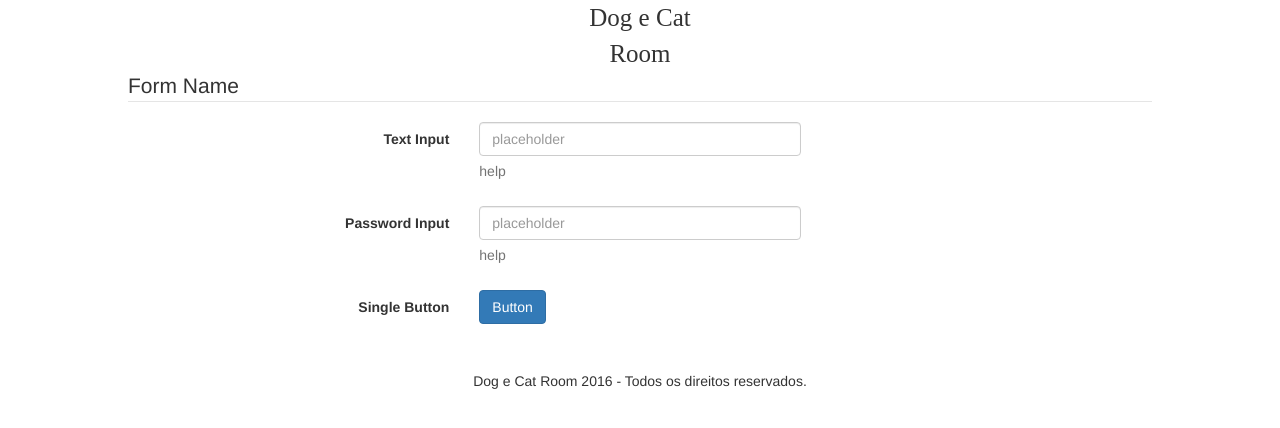
Repository: Natanzx/DogECatRoom
Page: http://localhost/DogECatRoom/login.jsp
The author's editor kept a copy of each file at every save. The page is drawn from the files as they stood at one save, then again after the next save.
The browser window is 1280 px wide. The pictures show the whole page.
The page is served by Tomcat 9. Other server files are loaded and not shown.

Above is the page before, as saved 2016-05-15 19:27:16.

### DogECatRoom/WebContent/login.jsp
<%@ page language="java" contentType="text/html; charset=ISO-8859-1"
	pageEncoding="ISO-8859-1"%>
<!DOCTYPE html PUBLIC "-//W3C//DTD HTML 4.01 Transitional//EN" "http://www.w3.org/TR/html4/loose.dtd">
<html>
<head>
<meta http-equiv="Content-Type" content="text/html; charset=ISO-8859-1">
<title>Efetuar Login</title>

<link rel="stylesheet" type="text/css"
	href="/DogECatRoom/bibliotecas/css/estilos.css">
<link rel="stylesheet" type="text/css"
	href="/DogECatRoom/bibliotecas/css/bootstrap.css">
</head>
<body>
	<div class="divMargin">
		<div
			style="text-align: center; font-size: 25px; font-family: Century Gothic";>
			Dog e Cat <br> Room
		</div>

		<div class="content">
			<form class="form-horizontal">
				<fieldset>

					<!-- Form Name -->
					<legend>Form Name</legend>

					<!-- Text input-->
					<div class="form-group">
						<label class="col-md-4 control-label" for="textinput">Text
							Input</label>
						<div class="col-md-4">
							<input id="textinput" name="textinput" type="text"
								placeholder="placeholder" class="form-control input-md">
							<span class="help-block">help</span>
						</div>
					</div>

					<!-- Password input-->
					<div class="form-group">
						<label class="col-md-4 control-label" for="passwordinput">Password
							Input</label>
						<div class="col-md-4">
							<input id="passwordinput" name="passwordinput" type="password"
								placeholder="placeholder" class="form-control input-md">
							<span class="help-block">help</span>
						</div>
					</div>

					<!-- Button -->
					<div class="form-group">
						<label class="col-md-4 control-label" for="singlebutton">Single
							Button</label>
						<div class="col-md-4">
							<button id="singlebutton" name="singlebutton"
								class="btn btn-primary">Button</button>
						</div>
					</div>

				</fieldset>
			</form>


		</div>

		<div style="text-align: center;">Dog e Cat Room 2016 - Todos os
			direitos reservados.</div>
	</div>
</body>
</html>

### DogECatRoom/WebContent/bibliotecas/css/estilos.css
@CHARSET "ISO-8859-1";

.divMargin{
	width				: 80%;
	margin				: auto;

}

.content{
	min-height			: 300px;
}

Loaded but not shown: DogECatRoom/WebContent/bibliotecas/css/bootstrap.css (library)

After the next save:
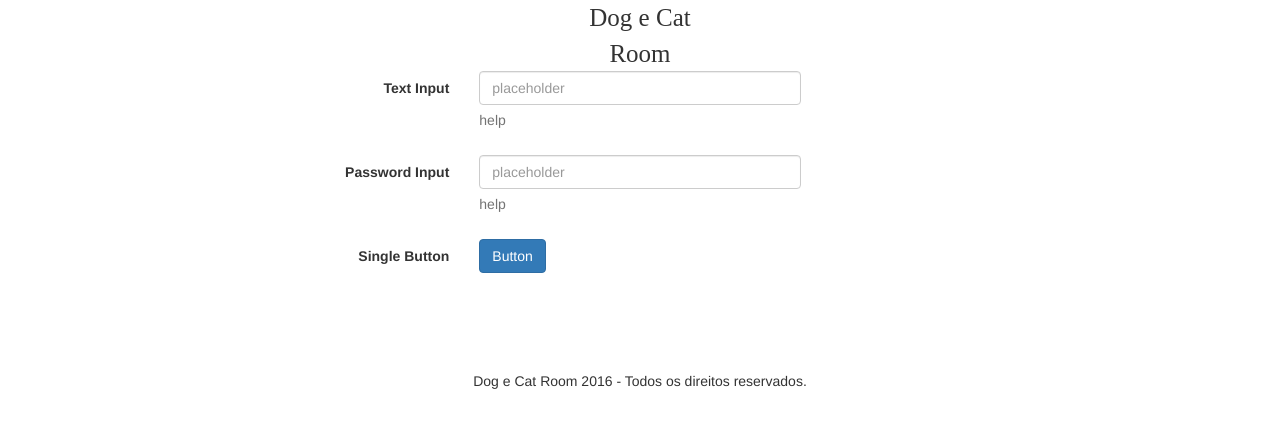
Saved 34 s later.
--- a/DogECatRoom/WebContent/login.jsp
+++ b/DogECatRoom/WebContent/login.jsp
@@ -21,10 +21,6 @@
 		<div class="content">
 			<form class="form-horizontal">
 				<fieldset>
-
-					<!-- Form Name -->
-					<legend>Form Name</legend>
-
 					<!-- Text input-->
 					<div class="form-group">
 						<label class="col-md-4 control-label" for="textinput">Text
